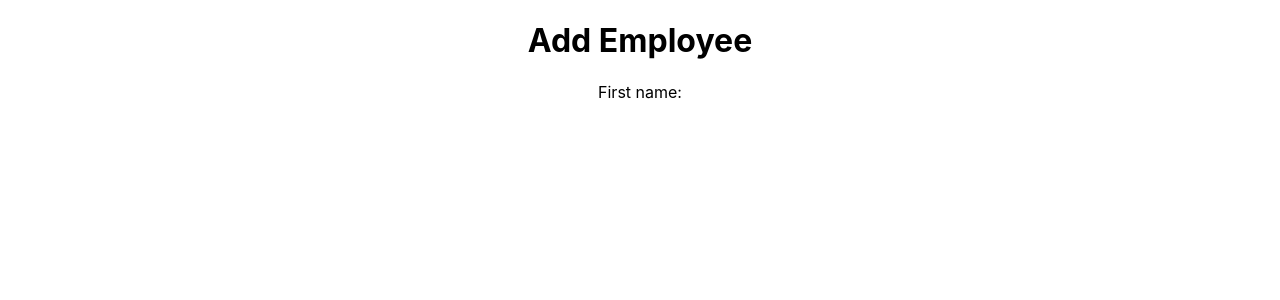
Repository: Biniyamkb/Evangadi-forum
Page: /addemployee (app in demoapp/frontend/)
These files come from the project's save history. The page is drawn as it stood at one moment and after a run of saves; the edit follows.
The browser window is 1280 px wide. The pictures show the whole page.
The project was rebuilt for these pictures with package versions that can differ from the ones it lists, and the page was loaded fresh each time. Also part of the build but not shown: demoapp/frontend/src/Pages/Home.js, demoapp/frontend/src/Pages/Login.js.

Above is the page before, as saved 2025-05-04 22:01:21.

After the next 3 saves:
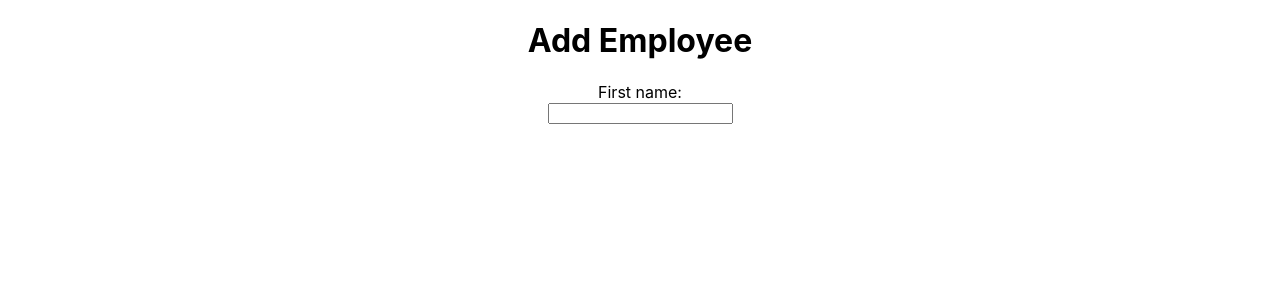
The 3 saves are shown as one change because they came seconds apart.
The last was saved 32 s later.
--- a/demoapp/frontend/src/Pages/AddEmployee.js
+++ b/demoapp/frontend/src/Pages/AddEmployee.js
@@ -6,6 +6,7 @@ function AddEmployee() {
     < h1>Add Employee</h1>
     <form>
         <label htmlFor="fname">First name:</label><br/>
+        <input type="text" id="fname" name="fname"/><br/>
     </form>
     </div>
   )
